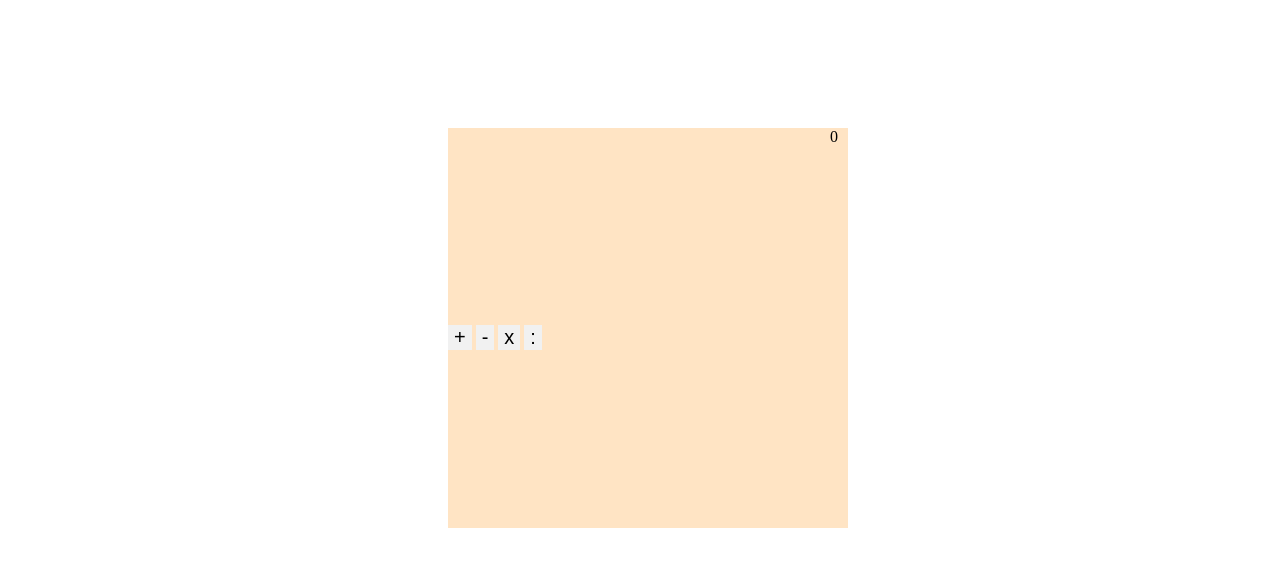
Repository: CryptoFamilyNFT/develhope
Page: css/Grid 2/calculator.html
These files come from the project's save history. The page is drawn as it stood at one moment and after the next save; the edit follows.
The browser window is 1280 px wide. The page is 1288 px wide, so the pictures cover 1288 px, including what lies to the right of the window. The pictures show the whole page.

Above is the page before, as saved 2024-11-18 09:10:06.

After the next save:
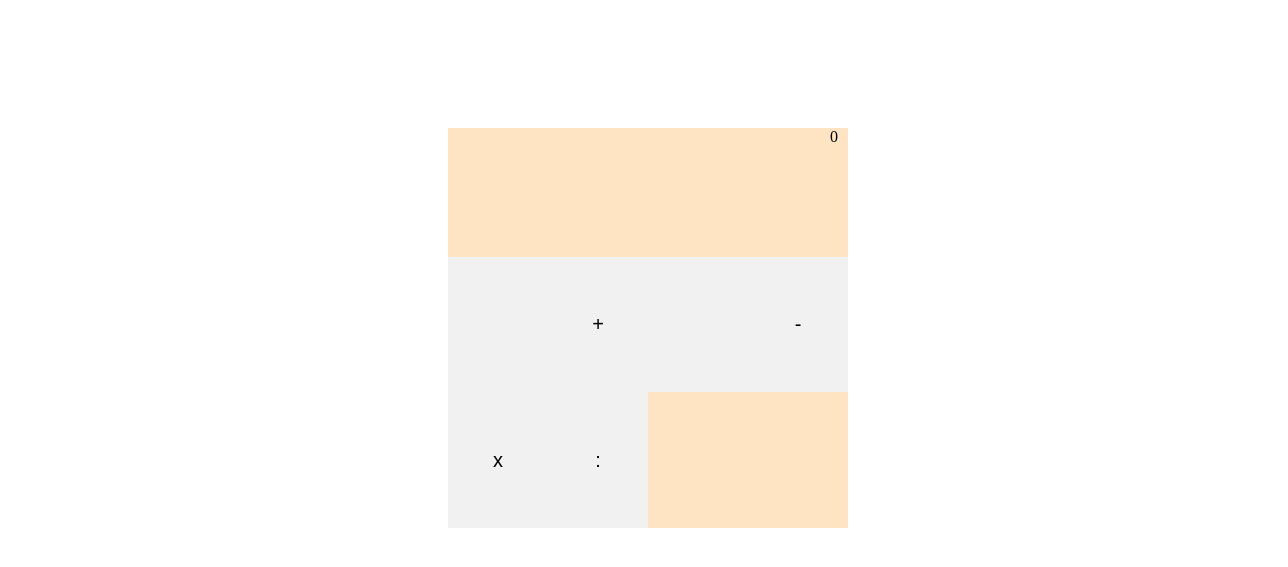
Saved 31 s later.
--- a/css/Grid 2/calculator.html
+++ b/css/Grid 2/calculator.html
@@ -1,22 +1,22 @@
 <!DOCTYPE html>
 <html lang="en">
+
 <head>
     <meta charset="UTF-8">
     <meta name="viewport" content="width=device-width, initial-scale=1.0">
     <title>Document</title>
     <link rel="stylesheet" href="calculator.css">
 </head>
+
 <body>
     <div class="container">
         <div class="result">
             0
         </div>
-        <div class="operator">
-            <button id="+">+</button>
-            <button id="-">-</button>
-            <button id="x">x</button>
-            <button id=":">:</button>
-        </div>
+        <button class="button span-1">+</button>
+        <button id="-">-</button>
+        <button id="x">x</button>
+        <button id=":">:</button>
         <div class="numbers">
 
         </div>
@@ -25,4 +25,5 @@
         </div>
     </div>
 </body>
+
 </html>
